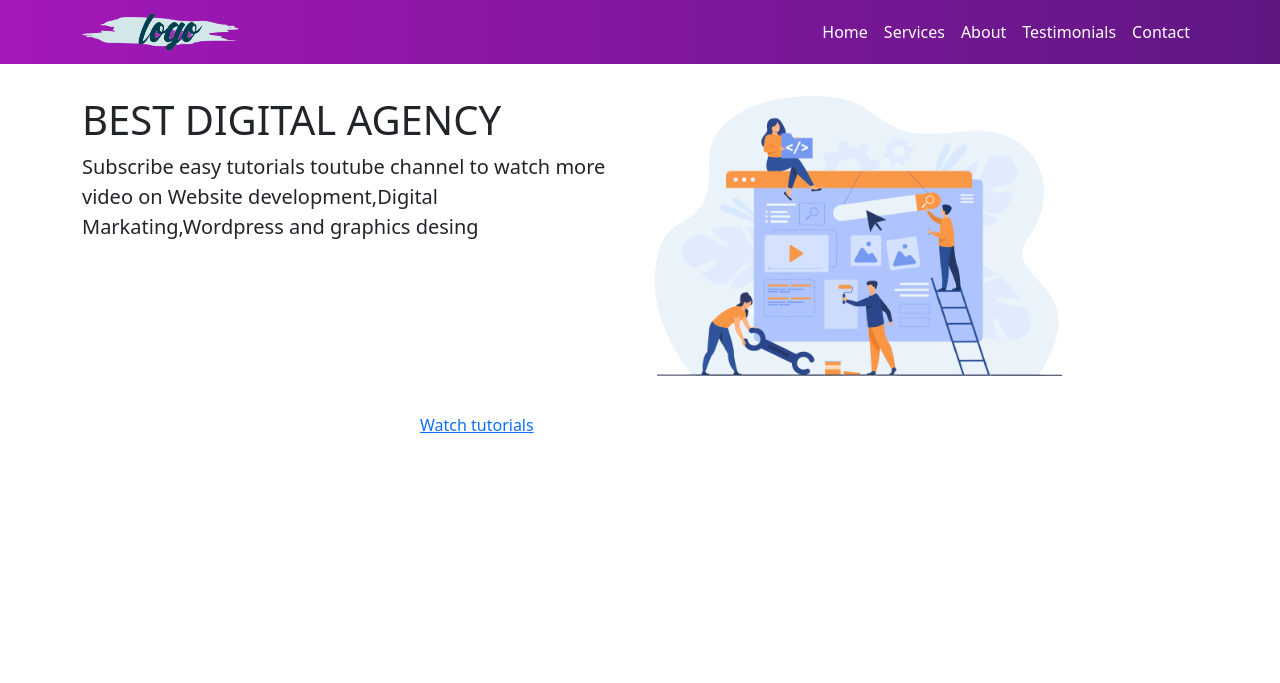
Repository: zjria/PSD-to-HTML-DIGITAL-AGENCY
Page: index.html
The author's editor kept a copy of each file at every save. The page is drawn from the files as they stood at one save, then again after the next save.
The browser window is 1280 px wide. The pictures show the whole page.
Some web libraries are served in a nearby version.

Above is the page before, as saved 2022-05-09 09:36:59.

### index.html
<!doctype html>
<html lang="en">
  <head>
    <!-- Required meta tags -->
    <meta charset="utf-8">
    <meta name="viewport" content="width=device-width, initial-scale=1">
    <title>DIGITAL AGENCY</title>
    <!-- Bootstrap CSS -->
    <link href="https://cdn.jsdelivr.net/npm/bootstrap@5.0.2/dist/css/bootstrap.min.css" rel="stylesheet">
    <!-- Font awesome link-->
    <link rel="stylesheet" href="https://cdnjs.cloudflare.com/ajax/libs/font-awesome/6.1.1/css/all.min.css">
    <!-- custom CSS  -->
    <link rel="stylesheet" href="css/style.css">
  </head>
  <body>
    <!-- Navbar Section Start -->
    <section class="header">
        <nav class="navbar navbar-expand-md fixed-top">
            <div class="container">
                <a href="#" class="navbar-brand">
                    <img src="img/h_logo.png" alt="" class="menu-icon img-fluid w-50">
                </a>
                <button class="navbar-toggler" data-bs-target="#menunavbarlink" data-bs-toggle="collapse" type="button">
                    <span class="navbar-toggler-icon"></span>
                </button>
                <div class="collapse navbar-collapse " id="menunavbarlink">
                  <ul class="navbar-nav ms-auto ">
                    <li class="nav-item ">
                      <a href="#Home" class="nav-link text-white">Home</a>
                    </li>
                    <li class="nav-item">
                      <a href="#Services" class="nav-link text-white">Services</a>
                    </li>
                    <li class="nav-item">
                      <a href="#About" class="nav-link text-white">About</a>
                    </li>
                    <li class="nav-item">
                      <a href="#Testimonials" class="nav-link text-white" >Testimonials</a>
                    </li>
                    <li class="nav-item">
                      <a href="#Contact" class="nav-link text-white">Contact</a>
                    </li>
                  </ul>
                </div>
            </div>
        </nav>
    </section>
    <!-- Navbar Section END -->
    <!-- Navbar Section Start -->
    <div class="p-5 py-5 mt-5" id="baner">
      <div class="container">
        <div class="row">
          <div class="col-md-6">
            <h1>BEST DIGITAL AGENCY</h1>
            <p class="lead">Subscribe easy tutorials toutube channel to watch more video on Website development,Digital Markating,Wordpress and graphics desing</p>
            <a href="#"><img src="img/play.png" alt=""><span>Watch tutorials</span></a>
          </div>
          <div class="col-md-6">
            <img src="img/heder_logo.png" class="img-fluid w-75" alt="">
          </div>
        </div>
      </div>
    </div>
    <!-- Navbar Section END -->






    <!-- Optional JavaScript; choose one of the two! -->
    <!-- Option 1: Bootstrap Bundle with Popper -->
    <script src="https://cdn.jsdelivr.net/npm/bootstrap@5.0.2/dist/js/bootstrap.bundle.min.js"></script>
  </body>
</html>

### css/style.css
.navbar{
    background-image: linear-gradient(to right, #a517ba,#5f1782)!important;
}
#baner{

}

After the next save:
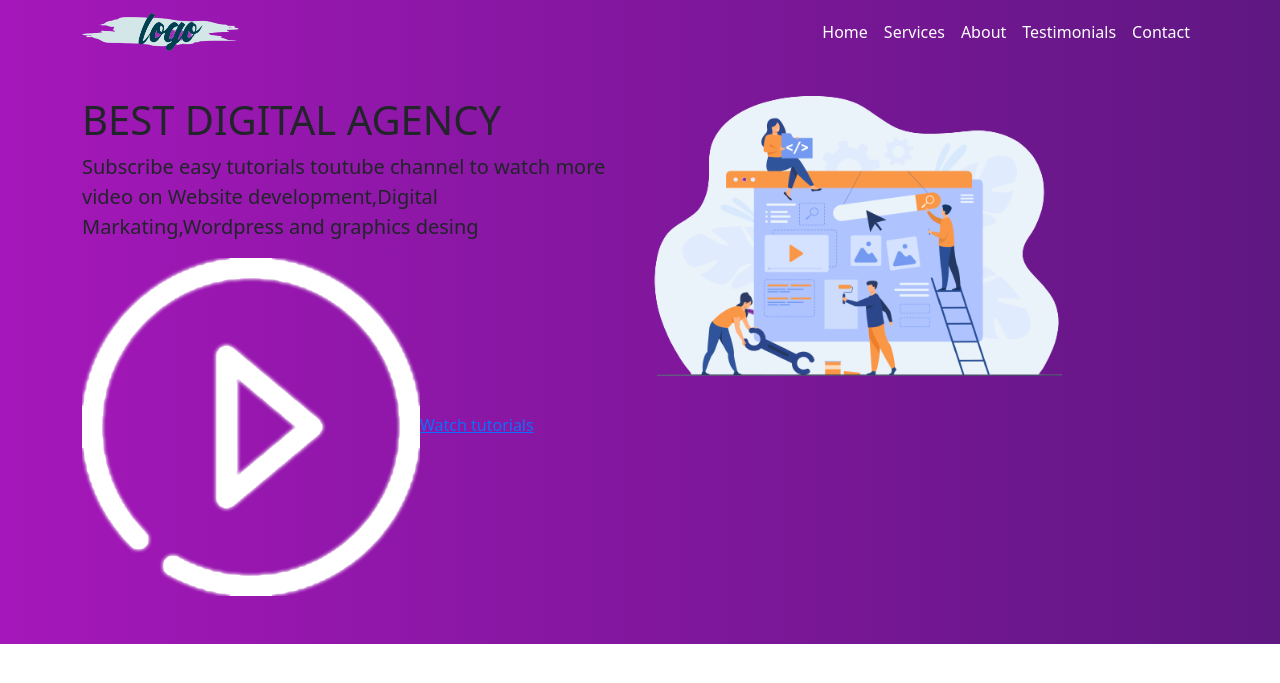
Saved 20 s later.
--- a/css/style.css
+++ b/css/style.css
@@ -2,5 +2,5 @@
     background-image: linear-gradient(to right, #a517ba,#5f1782)!important;
 }
 #baner{
-
+    background-image: linear-gradient(to right, #a517ba,#5f1782)
 }
